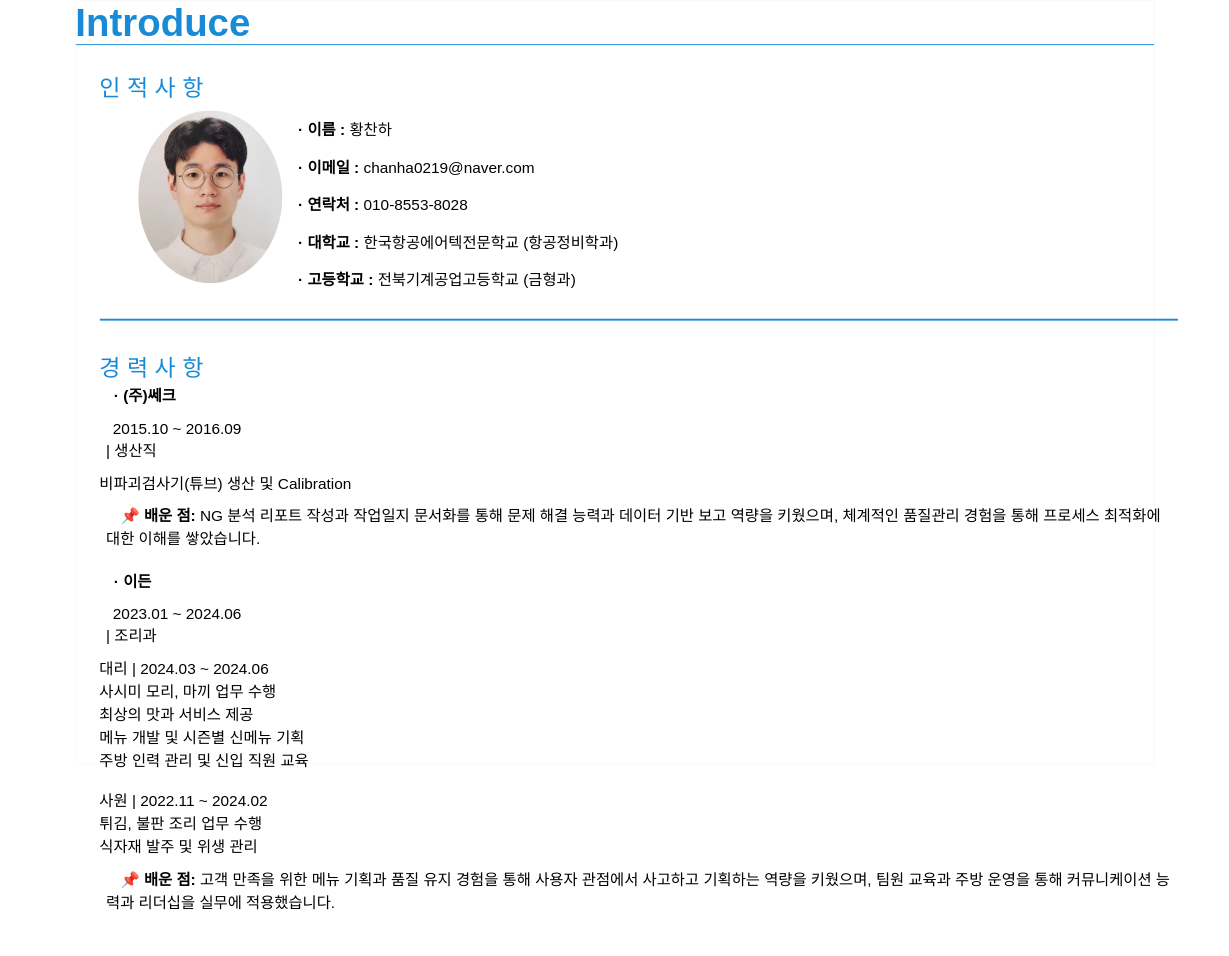
Repository: DooBae-KR/MySelf
Page: /
These files come from the project's save history. The page is drawn as it stood at one moment and after a run of saves; the edit follows.
The browser window is 1280 px wide. The pictures show the whole page, at 96% of full size.
The project was rebuilt for these pictures with package versions that can differ from the ones it lists, and the page was loaded fresh each time. Also part of the build but not shown: src/pages/MainPage.js, src/pages/header/HeaderLogo.js, src/pages/header/TabMenu.js, src/pages/HeaderPage.js.

Above is the page before, as saved 2025-07-23 21:37:15.

### src/App.js
import { BrowserRouter, Routes, Route } from 'react-router-dom';
import Main from './pages/MainPage';
import Header from './pages/HeaderPage';
import MySelf from './pages/Myself';

import './styles/header.css';

function App() {
  return (
  <BrowserRouter>
  <Routes>
    <Route path={'/'} element={<MySelf/>} />
  </Routes>
  </BrowserRouter>
  );
}

export default App;

### src/pages/Myself.js
import { myInfo,myWorkSkill,myLicense } from "../data/MyInform"
import profile from "../data/증명사진.jpg";
export default function MySelf(){

    return(
        <div className="A4 rec">
            <div className="title">Introduce</div>
            <div className="container content">
                <div className="contentTitle">인 적 사 항</div>
                <div className="container">
                     <img src={profile}alt="프로필 사진" className="myimg" />
                    <div className="context">
                        <p><strong>· 이름 : </strong>{myInfo.name}</p>
                        <p><strong>· 이메일 : </strong> {myInfo.email}</p>
                        <p><strong>· 연락처 : </strong>{myInfo.phone}</p>
                        <p><strong>· 대학교 : </strong>{myInfo.collage} ({myInfo.collageMajor})</p>
                        <p><strong>· 고등학교 : </strong>{myInfo.highSchool} ({myInfo.highScMajor})</p>
                    </div>
                </div>
                <div className="line"/>
                <div className="contentTitle">경 력 사 항</div>
                   <div className="context">
                    {myWorkSkill.map((item, index) => (
                        <div key={index} className="work-item" style={{ marginBottom: "20px" }}>
                        <strong>· {item.name}</strong>
                        <p><p>{item.time} </p> | {item.session}</p>

                        {/* content: 줄바꿈 유지 */}
                        <pre style={{ whiteSpace: "pre-line", marginTop: "10px" }}>
                            {item.content}
                        </pre>

                        {/* study */}
                        <p style={{ marginTop: "10px" }}>
                            <strong>📌 배운 점:</strong> {item.study}
                        </p>
                        </div>
                    ))}
            </div>


            </div>
        </div>

    )
}

### src/styles/header.css


* {
    margin: 0;
    padding: 0;
    font-family: "Asta Sans", sans-serif;
    font-optical-sizing: auto;
    font-weight: 400;
    font-style: normal;
    }

    .container {
        display :flex;
    }

    .headerLogo {
        width: 100vw;
        height: 100px;
        justify-content: space-between;
        padding: 0;
        border-bottom: 2px solid #db8b23;
    }
    .logo{
        padding: 15px;
        margin-left: 10px;
        width: 100px;
        height: 100px;
        font-size: 50px;
        font-weight: bolder;
        font-style: italic;
        cursor: pointer;
        align-items: center;
    }
    .logoTitle{
        display: flex;
        font-size: 50px;
        align-items: center;


    }
    .headerLogo input{
        margin: 15px;
        padding: 3px 5px;
        border: 1px solid #db8b239d;
        border-radius: 10px;

    }

    .A4.rec{
        width: 1123px;
        height: 794px;
        border: 1px solid #aaaaaa11;
        margin: 0 auto;
    }
    .title{
        font-size: 40px;
        color:rgb(25, 139, 214);
        font-weight: 700;
        border-bottom: 1px solid rgb(25, 139, 214);
    }
    .content{
        width: 100%;
        flex-direction: column;
        padding : 25px;
    }
    .contentTitle{
        font-size: 24px;
        color:rgb(25, 139, 214);
    }
    .context {
        gap: 5px;
    }
    .context p{
        margin: 15px 7px 0px 7px;
    }
    .context strong{
        margin-left: 15px;
        font-weight: bold;
    }
    .line {
        margin: 30px 0px;
        border: 0.5px solid rgb(25, 139, 214);;
    }

    .myimg{
        display: block;
        margin: auto;
        margin-left: 25px;
        margin-right: 10px;
        width: 150px;
        height: 180px;
        border-radius: 50%;
        object-fit: cover;
        overflow: hidden;
        transform: translateX(15px);
    }
    .workTitle{
        color: #333;
    }

### src/data/MyInform.js

export const myInfo = {
    name: "황찬하",
    email: "chanha0219@naver.com",
    phone: "010-8553-8028",
    github: "https://github.com/DooBae-KR",
    notion: "https://www.notion.so/239012dbbef280e4886de20264e97e98",
    intro1: "CORE knowledge, HOT execution",
    intro2 : "That’s how I make things happen",
    highSchool : "전북기계공업고등학교",
    highScMajor : "금형과",
    collage : "한국항공에어텍전문학교",
    collageMajor : "항공정비학과"
  };

export const myWorkSkill =[
    {
        name : "(주)쎄크",
        time : "2015.10 ~ 2016.09",
        session : "생산직",
        content : "비파괴검사기(튜브) 생산 및 Calibration",
        study: "NG 분석 리포트 작성과 작업일지 문서화를 통해 문제 해결 능력과 데이터 기반 보고 역량을 키웠으며, 체계적인 품질관리 경험을 통해 프로세스 최적화에 대한 이해를 쌓았습니다.",
    },
    {
        name : "이든",
        time : "2023.01 ~ 2024.06",
        session : "조리과",
        content : `대리 | 2024.03 ~ 2024.06
                        사시미 모리, 마끼 업무 수행
                        최상의 맛과 서비스 제공
                        메뉴 개발 및 시즌별 신메뉴 기획
                        주방 인력 관리 및 신입 직원 교육

                        사원 | 2022.11 ~ 2024.02
                        튀김, 불판 조리 업무 수행
                        식자재 발주 및 위생 관리`,
        study: "고객 만족을 위한 메뉴 기획과 품질 유지 경험을 통해 사용자 관점에서 사고하고 기획하는 역량을 키웠으며, 팀원 교육과 주방 운영을 통해 커뮤니케이션 능력과 리더십을 실무에 적용했습니다."
    }
]

export const myLicense =[
    {
        name : "컴퓨터응용밀링기능사",
        date : "2014.06.27"
    },
    {
        name : "전산응용기계제도기능사",
        date : "2014.12.26"
    },
    {
        name : "정밀측정기능사",
        date : "2015.07.03"
    },
    {
        name : "자동차운전면허 1종 보통",
        date : "2015.02"
    }
]

Loaded but not shown: public/index.html (common file); src/index.js (common file); src/index.css (common file); src/reportWebVitals.js (common file)

After the next 2 saves:
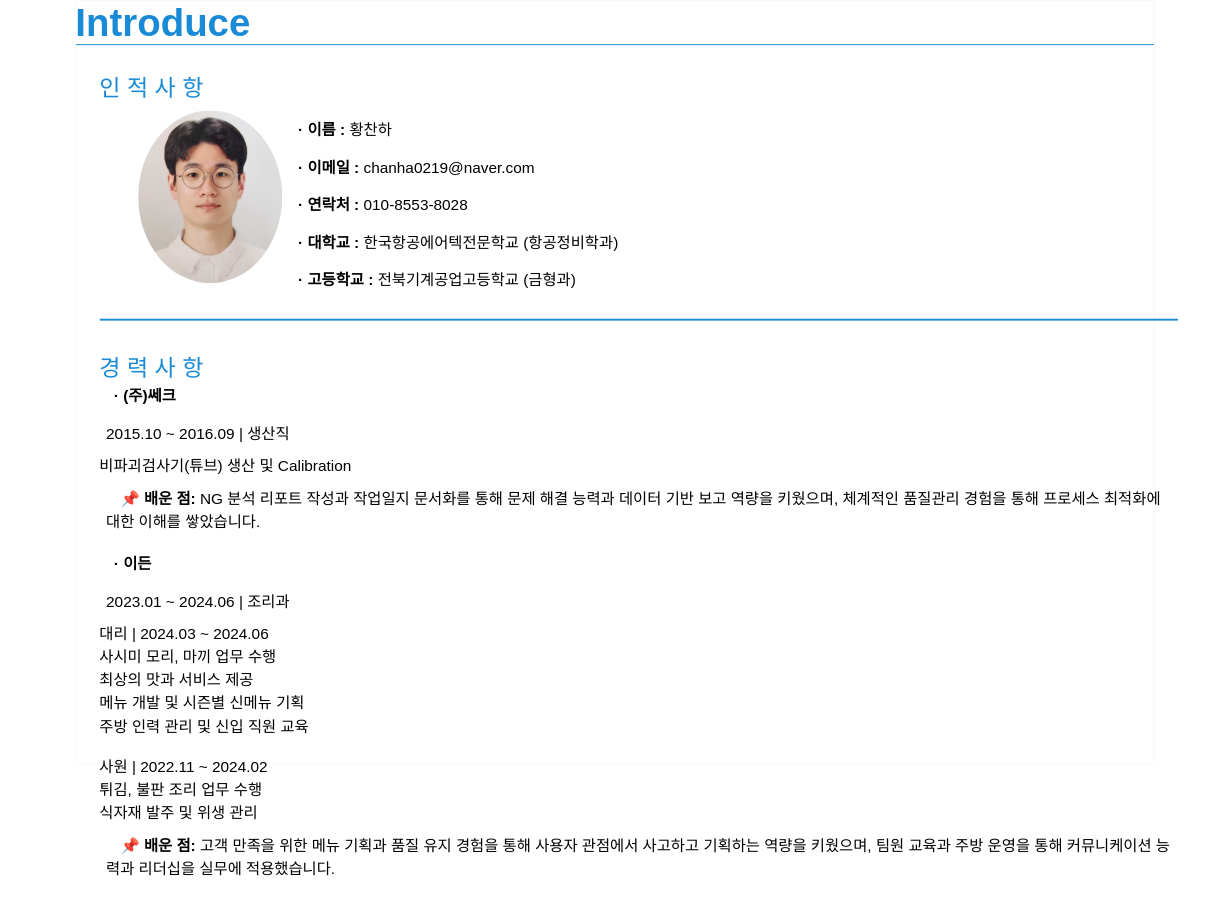
The 2 saves are shown as one change because 1 did not build or start.
The last was saved 14 s later.
--- a/src/pages/Myself.js
+++ b/src/pages/Myself.js
@@ -23,7 +23,7 @@ export default function MySelf(){
                     {myWorkSkill.map((item, index) => (
                         <div key={index} className="work-item" style={{ marginBottom: "20px" }}>
                         <strong>· {item.name}</strong>
-                        <p><p>{item.time} </p> | {item.session}</p>
+                        <p><span>{item.time} </span> | {item.session}</p>
 
                         {/* content: 줄바꿈 유지 */}
                         <pre style={{ whiteSpace: "pre-line", marginTop: "10px" }}>
